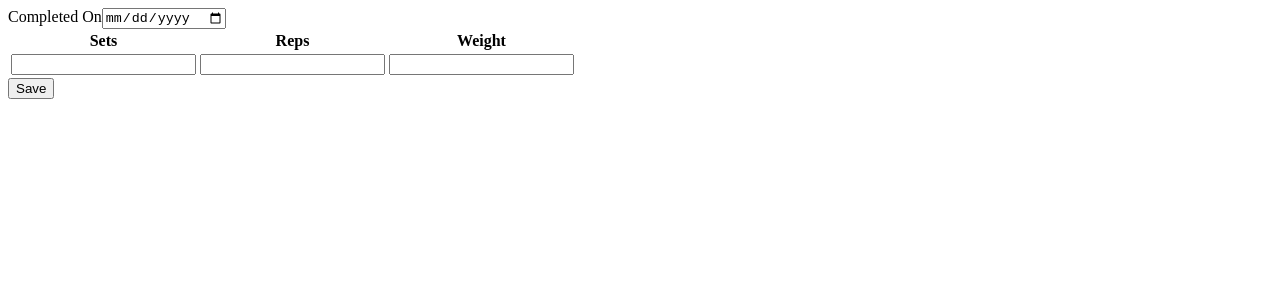
Repository: Kayla-amr/Exercise-Tracking-App
Page: / (app in exerciseTracking/)
The author's editor kept a copy of each file at every save. The page is drawn from the files as they stood at one save, then again after a run of saves.
The browser window is 1280 px wide. The pictures show the whole page.
The project was rebuilt for these pictures with package versions that can differ from the ones it lists, and the page was loaded fresh each time. Also part of the build but not shown: exerciseTracking/vite.config.ts, exerciseTracking/src/assets/main.css.

Above is the page before, as saved 2023-03-17 13:26:28.

### exerciseTracking/src/main.ts
import { createApp } from 'vue'
import App from './App.vue'

import './assets/main.css'

const app = createApp(App)

app.mount('#app')

### exerciseTracking/src/App.vue
<script setup>
import trackingForm from './components/trackingForm.vue'
import trackingHistory from './components/trackingHistory.vue'
</script>

<template>
    <div id="app">
        <tracking-form />
        <tracking-history:exercise />

    </div>
</template>

<script>
export default{
    name: 'app',
    components: {
        trackingForm,
        trackingHistory
    },
    data() {
        return {
            exercises: [
              {
                id: 1,
                date: '2021-01-01',
                sets: '3',
                reps: '10',
                weight: '30'
              },
              {
                id: 2,
                date: '2021-01-02',
                sets: '3',
                reps: '10',
                weight: '30'
              },
              {
                id: 3,
                date: '2021-01-03',
                sets: '3',
                reps: '10',
                weight: '30'
              }
            ]
        }
    }
}
</script>

### exerciseTracking/src/components/trackingForm.vue
<template>
    <div id="tracking-form">
        <form @submit.prevent="handleSubmit">
            <label for="date">Completed On</label>
            <input type="date" v-model="date">
            <table>
                <thead>
                    <tr>
                        <th>Sets</th>
                        <th>Reps</th>
                        <th>Weight</th>
                    </tr>
                </thead>
                <tbody>
                    <tr>
                        <td><input type="text" v-model="sets"></td>
                        <td><input type="number" v-model="reps"></td>
                        <td><input type="number" v-model="weight"></td>
                    </tr>
                </tbody>
            </table>
            <button type="submit">Save</button>
        </form>
    </div>
</template>


<script>
export default {
    name: 'tracking-form',
    data() {
        return {
            exercise: {
                date: '',
                sets: '',
                reps: '',
                weight: ''
            }
        }
    }
}
</script>

### exerciseTracking/src/components/trackingHistory.vue
<template>
    <div id="tracking-history">
        <table>
            <thead>
                <tr>
                    <th>Date Completed</th>
                    <th>Exercises</th>
                </tr>
            </thead>
            <tbody>
                <tr v-for="exercise in exercises" :key="exercise.id">
                    <td>{{ exercise.date }}</td>
                    <td>{{ exercise.exercises }}</td>
                </tr>
            </tbody>
        </table>
    </div>
</template>

<script>
export default{
    name: 'tracking-history',
    props: {
        exercises: {
            type: Array
        }
    }
}
</script>

Loaded but not shown: exerciseTracking/index.html (common file)

After the next 2 saves:
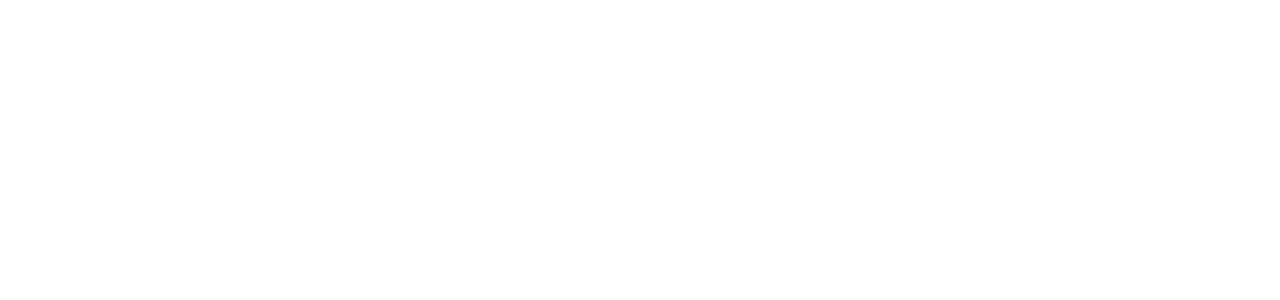
Console error (its wording comes from the project's code and is left out).
The 2 saves are shown as one change because they came seconds apart.
The last was saved 9 s later.
--- a/exerciseTracking/src/App.vue
+++ b/exerciseTracking/src/App.vue
@@ -6,7 +6,7 @@
 <template>
     <div id="app">
         <tracking-form />
-        <tracking-history:exercise />
+        <tracking-history:exercise="exercise" />
 
     </div>
 </template>

After the save that followed:
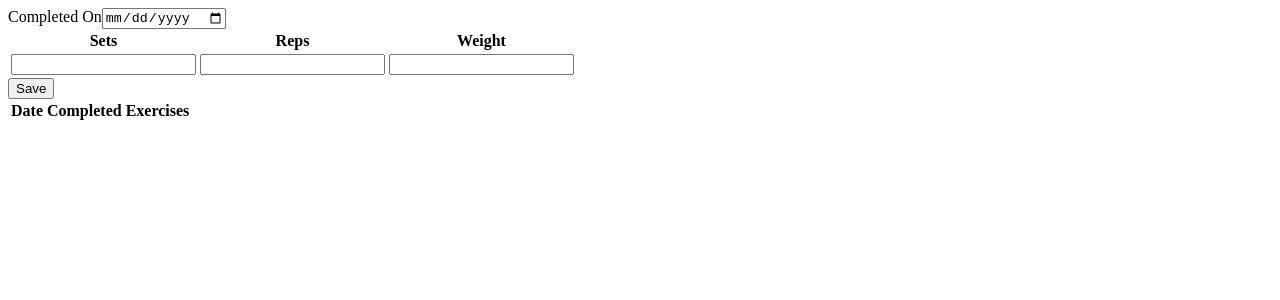
The error is gone.
Saved 2 min 2 s later.
--- a/exerciseTracking/src/App.vue
+++ b/exerciseTracking/src/App.vue
@@ -6,7 +6,7 @@
 <template>
     <div id="app">
         <tracking-form />
-        <tracking-history:exercise="exercise" />
+        <tracking-history :exercise="exercise" />
 
     </div>
 </template>
